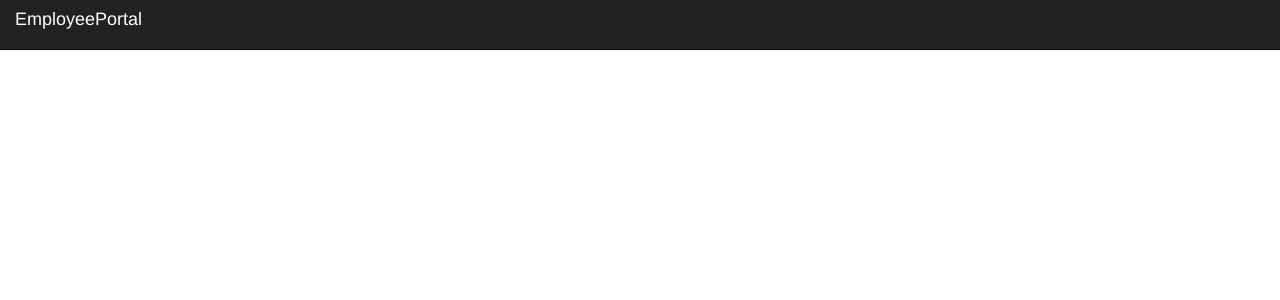
Repository: jagdishpatil18/JavaAdv
Page: http://localhost/EmployeePortal/header.jsp
These files come from the project's save history. The page is drawn as it stood at one moment and after the next save; the edit follows.
The browser window is 1280 px wide. The pictures show the whole page.
Some web libraries are served in a nearby version. The page is served by Tomcat 9.

Above is the page before, as saved 2017-05-27 04:39:08.

After the next save:
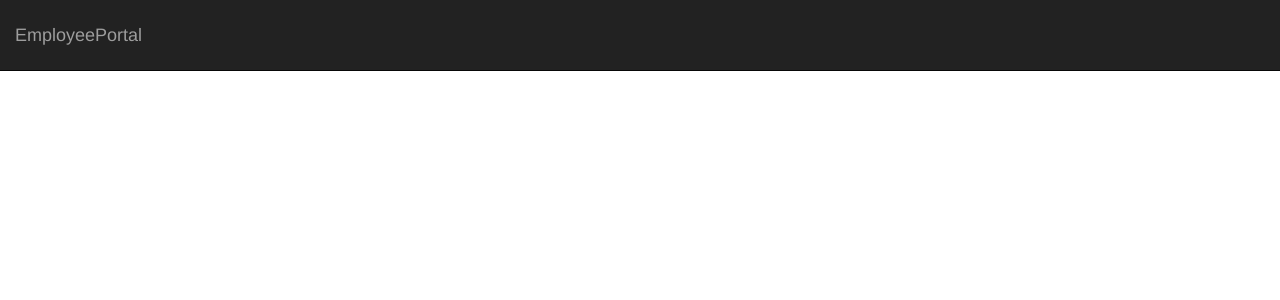
Saved 46 s later.
--- a/EmployeePortal/EmployeePortal/WebContent/header.jsp
+++ b/EmployeePortal/EmployeePortal/WebContent/header.jsp
@@ -32,7 +32,7 @@
              <span class="icon-bar"></span>
           </button>
         <%} %>
-        <h4 class="portaname">EmployeePortal</h4>
+        <h4 class="navbar-brand">EmployeePortal</h4>
 	<!-- 		<a class="navbar-brand" >Employee Portal</a> -->
 	    </div>
 

After the 2 saves that followed:
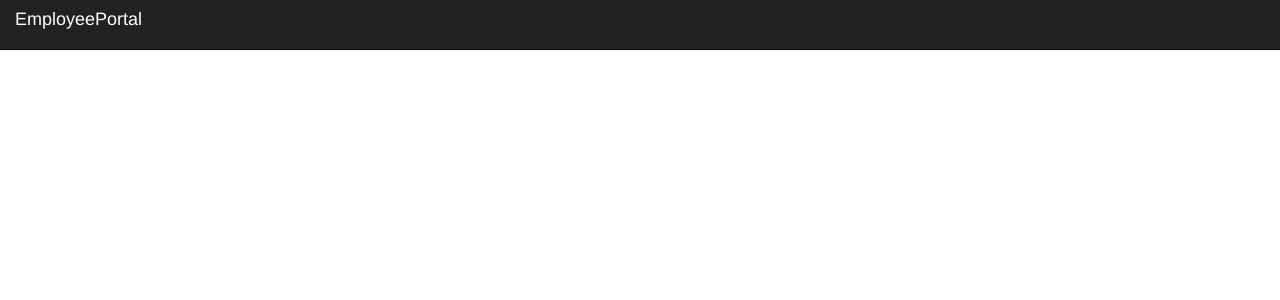
The 2 saves are shown as one change because 1 left the picture as it was.
The last was saved 2 min 19 s later.
--- a/EmployeePortal/EmployeePortal/WebContent/header.jsp
+++ b/EmployeePortal/EmployeePortal/WebContent/header.jsp
@@ -15,7 +15,7 @@
 <!-- Latest compiled JavaScript -->
 <script src="https://maxcdn.bootstrapcdn.com/bootstrap/3.3.7/js/bootstrap.min.js"></script>
 <style>
-.portaname{
+h4{
 color: white;
 }
 </style>
@@ -32,7 +32,7 @@
              <span class="icon-bar"></span>
           </button>
         <%} %>
-        <h4 class="navbar-brand">EmployeePortal</h4>
+        <h4 >EmployeePortal</h4>
 	<!-- 		<a class="navbar-brand" >Employee Portal</a> -->
 	    </div>
 
